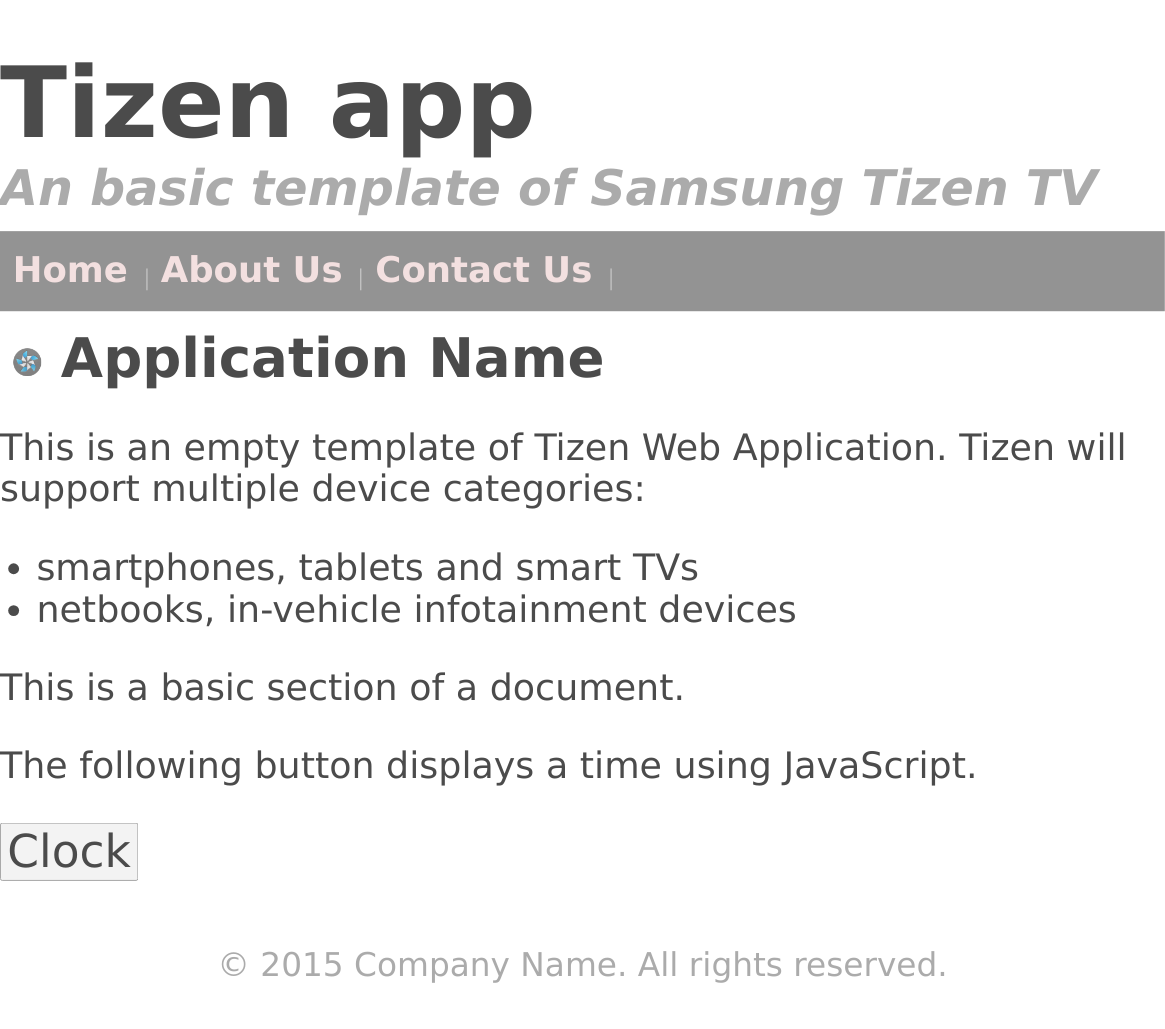
Repository: mat92/TV_Butler
Page: Tizen/TVButler/index.html
The author's editor kept a copy of each file at every save. The page is drawn from the files as they stood at one save, then again after the next save.
The browser window is 1280 px wide. The pictures show the whole page, at 91% of full size.

Above is the page before, as saved 2016-03-19 16:48:07.

### Tizen/TVButler/index.html
<!DOCTYPE html>
<html>
<head>
    <meta charset="utf-8" />
    <meta name="viewport" content="width=device-width, initial-scale=1.0, maximum-scale=1.0">
    <meta name="description" content="Tizen basic template generated by Tizen Web IDE"/>

    <title>Tizen Web IDE - Tizen - Samsung Tizen TV basic Application</title>

    <link rel="stylesheet" type="text/css" href="css/style.css"/>
    <script src="js/main.js"></script>
</head>

<body style="opacity:0.7">
  <header>
    <hgroup>
      <h1>Tizen app</h1>
      <h2>An basic template of Samsung Tizen TV</h2>
    </hgroup>
  </header>

  <nav>
    <ul>
       <li><a href="#">Home</a></li>
       <li><a href="#">About Us</a></li>
       <li><a href="#">Contact Us</a></li>
    </ul>
  </nav>

  <article>
    <header>
      <h1>
        <img src="images/tizen_32.png" width="32"/> Application Name
      </h1>
    </header>
    <p style="font-size:40px;">This is an empty template of Tizen Web Application. Tizen will support multiple device categories:</p>
    <ul>
      <li style="font-size:40px;">smartphones, tablets and smart TVs
      <li style="font-size:40px;">netbooks, in-vehicle infotainment devices
    </ul>
    <section>
      <p style="font-size:40px;">This is a basic section of a document.</p>
      <p style="font-size:40px;">The following button displays a time using JavaScript.</p>
      <div id="divbutton1" style="font-size:40px;">
        <button onclick="startTime();" style="font-size:50px;">Clock</button>
      </div>
    </section>
  </article>

  <footer>
    <p>&copy; 2015 Company Name. All rights reserved.</p>
  </footer>
</body>
</html>

### Tizen/TVButler/css/style.css
* {
    font-family: Lucida Sans, Arial, Helvetica, sans-serif;
}

body {
    margin: 50px auto;
    background-color: transparent;

}

#avatarContainer {
	position: absolute;
	bottom: -200px;
	left: 50%;
	margin-left: -220px;
	width: 440px;
	height: 120px;
	border-radius: 80px;
	background-color: #efefef;
	padding: 20px;
}


#avatarContainer .nameContainer {
	float: left;
	width: 300px;
	height: 120px;
	line-height: 120px;
	font-size: 40px;
	overflow: hidden;
}

.master {
	height: 40px;
	line-height: 40px;
	font-size: 40px;
	margin-top: 21px;
}

.subsub {
	height: 24px;
	line-height: 24px;
	font-size: 24px;
	color: #555;
	margin-top: 8px;
}

.fadeAnimation {
	font-size: 40px;
	color: #fff;
	position: absolute;;
	top: 50px;
	left: 50px;
	text-shadow: 2px 2px #000000;
}

#avatarImage {
	width: 120px;
	height: 120px;
	float: left;
	margin-right: 20px;
	border-radius: 60px;
	background-size: cover;
	background-position: center center;
}

header h1 {
    font-size: 108px;
    margin: 0px;
}

header h2 {
    font-size: 54px;
    margin: 0px;
    color: #888;
    font-style: italic;
}

nav ul {
    list-style: none;
    padding: 20px;
    display: block;
    clear: right;
    background-color: #666;
    padding-left: 4px;
    height: 48px;
}

nav ul li {
    display: inline;
    padding: 0px 20px 5px 10px;
    height: 48px;
    border-right: 1px solid #ccc;
}

nav ul li a {
    color: #EFD3D3;
    text-decoration: none;
    font-size: 39px;
    font-weight: bold;
}

nav ul li a:hover {
    color: #fff;
}

article > header h1 {
    font-size: 60px;
    margin-left: 14px;
}

article > header h1 a {
    color: #993333;
}

article > header h1 img {
    vertical-align:middle;
}

article > section header h1 {
    font-size: 48px;
}

article p {
    clear: both;
}

footer p {
    text-align: center;
    font-size: 36px;
    color: #888;
    margin-top: 72px;
}

.channellist {
	font-size: 48px;
	background-color: black;
	color: white;
}

### Tizen/TVButler/js/main.js
var startTime;
var checkTime;

//Initialize function
var init = function () {
    // TODO:: Do your initialization job
    console.log("init() called");

    document.addEventListener('visibilitychange', function() {
        if(document.hidden){
            // Something you want to do when hide or exit.
        } else {
            // Something you want to do when resume.
        }
    });

    // add eventListener for keydown
    document.addEventListener('keydown', function(e) {
    	switch(e.keyCode){
    	case 37: //LEFT arrow
    		break;
    	case 38: //UP arrow
    		break;
    	case 39: //RIGHT arrow
    		break;
    	case 40: //DOWN arrow
    		break;
    	case 13: //OK button
    		break;
    	case 10009: //RETURN button
    		break;
    	default:
    		console.log("Key code : " + e.keyCode);
    		break;
    	}
    });
};
// window.onload can work without <body onload="">
window.onload = init;

function startTime() {
    var today = new Date();
    var h = today.getHours();
    var m = today.getMinutes();
    var s = today.getSeconds();
    m = checkTime(m);
    s = checkTime(s);
    document.getElementById('divbutton1').innerHTML="Current time: " + h + ":" + m + ":" + s;
    t = setTimeout(startTime, 250);
}

function checkTime(i) {
    if (i < 10) {
        i="0" + i;
    }
    return i;
}

After the next save:
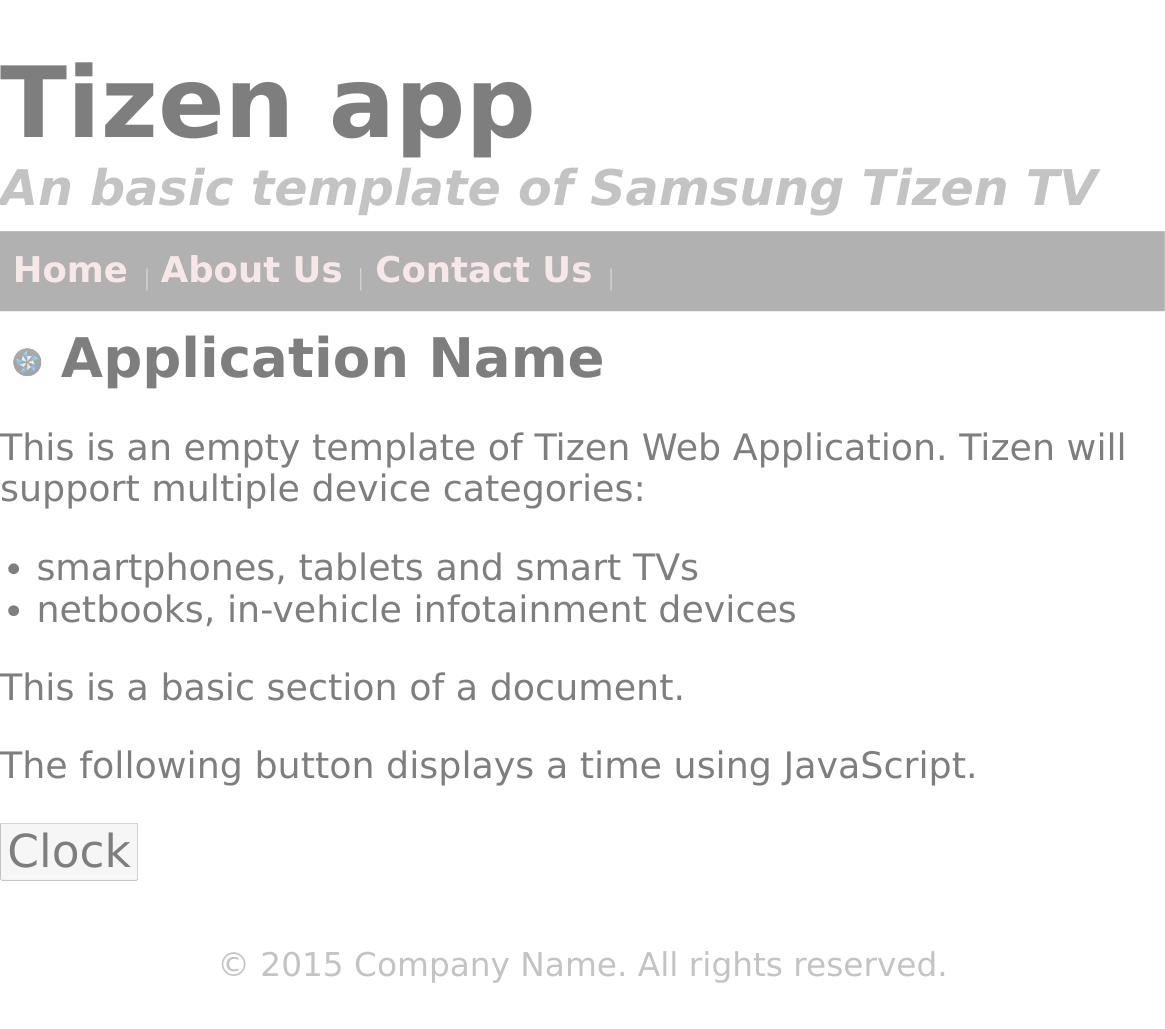
Saved 11 s later.
--- a/Tizen/TVButler/index.html
+++ b/Tizen/TVButler/index.html
@@ -11,7 +11,7 @@
     <script src="js/main.js"></script>
 </head>
 
-<body style="opacity:0.7">
+<body style="opacity:0.5">
   <header>
     <hgroup>
       <h1>Tizen app</h1>
